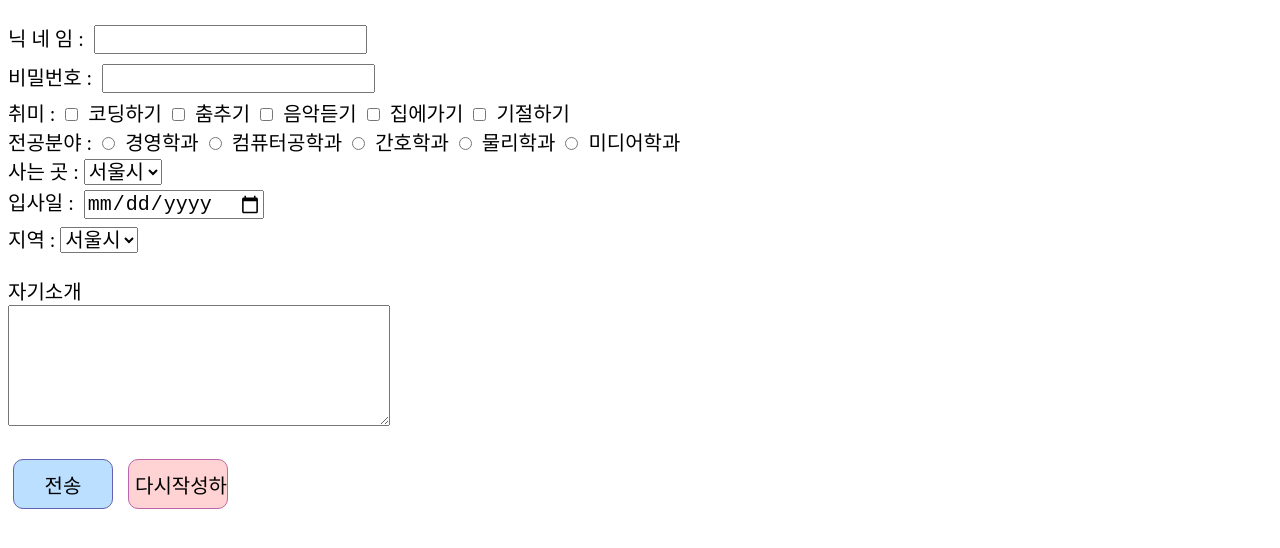
Repository: hyejux/jsp
Page: JSPBasic/src/main/webapp/html/from.html
These files come from the project's save history. The page is drawn as it stood at one moment and after the next save; the edit follows.
The browser window is 1280 px wide. The pictures show the whole page.

Above is the page before, as saved 2024-06-25 07:15:51.

### JSPBasic/src/main/webapp/html/from.html
<!DOCTYPE html>
<html>
<head>
<meta charset="UTF-8">
<title>Insert title here</title>

<style>

* {
	font-size: 20px;
}

input {
	margin: 5px;
}

#btn1 {
	height: 50px;
	width: 100px;
	font-weight: 300px;
	background-color: rgb(186, 223, 255);
	border: 1px solid rgb(97, 97, 176);
	border-radius: 10px;
}
#btn2 {
	height: 50px;
	width: 100px;
	font-weight: 300px;
	background-color: rgb(255, 211, 211);
	border: 1px solid rgb(191, 102, 170);
	border-radius: 10px;
}
span {

}


</style>



</head>



<body>

	<h3> </h3>

		<form action="ok.jsp" method="post">


		<span> 닉 네 임 : </span> <input type="text" name="id"> <br>
		<span> 비밀번호 : </span> <input type="password" name="pw"> <br>


		<span> 취미 : </span>

		<input type="checkbox" value="코딩하기" name="hobby"> 코딩하기
		<input type="checkbox" value="춤추기" name="hobby"> 춤추기
		<input type="checkbox" value="음악듣기" name="hobby"> 음악듣기
		<input type="checkbox" value="집에가기" name="hobby"> 집에가기
		<input type="checkbox" value="기절하기" name="hobby"> 기절하기

		<br>


		<span> 전공분야 : </span>

		<input type="radio" value="경영학과" name="major"> 경영학과
		<input type="radio" value="컴퓨터공학과" name="major"> 컴퓨터공학과
		<input type="radio" value="간호학과" name="major"> 간호학과
		<input type="radio" value="물리학과" name="major"> 물리학과
		<input type="radio" value="미디어학과" name="major"> 미디어학과

		<br>

		사는 곳 :
		<select name="region">

			<option value="서울시"> 서울시 </option>
			<option value="경기도"> 경기도 </option>
			<option value="인천시"> 인천시 </option>
			<option value="광양시"> 광양시 </option>

		</select>

		<br>

		입사일 :

		<input type="date" name="hire_date">

		<br>
		지역 :
		<select name="region">
			<option value="서울시"> 서울시 </option>
			<option value="경기도"> 경기도 </option>
			<option value="인천시"> 인천시 </option>
			<option value="광양시"> 광양시 </option>
		</select>



		<br><br>

		자기소개
		<br>
		<textarea cols="30" rows="5" name="intro"> </textarea>

		<br><br>
		<input id="btn1" type="submit" value="전송" name="submit">
		<input id="btn2" type="reset" value="다시작성하기" name="reset">



	</form>

</body>
</html>

After the next save:
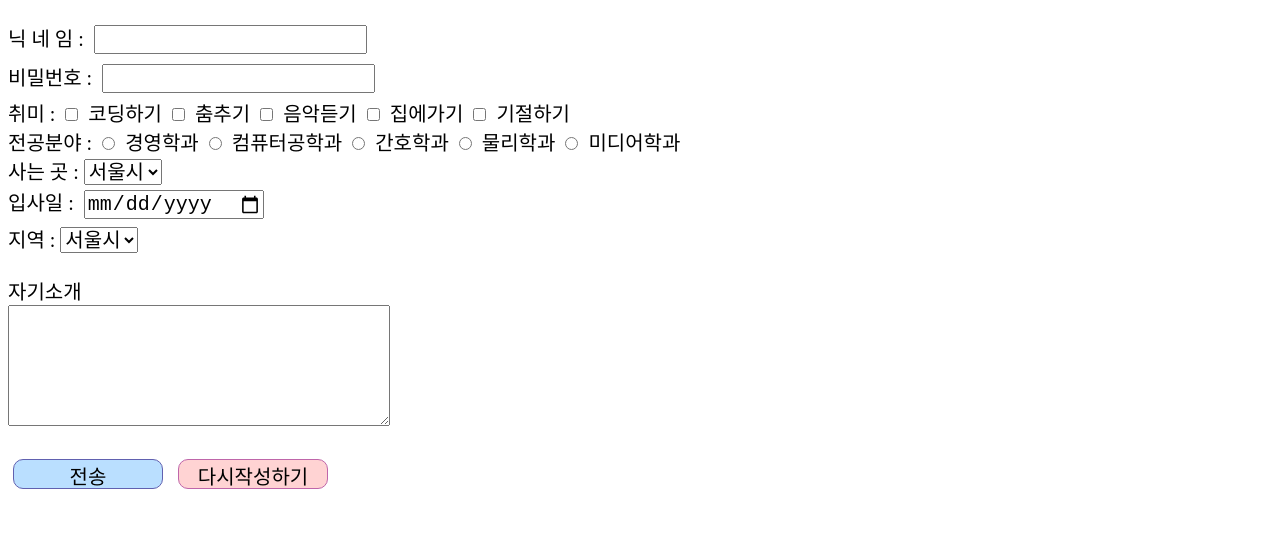
Saved 23 s later.
--- a/JSPBasic/src/main/webapp/html/from.html
+++ b/JSPBasic/src/main/webapp/html/from.html
@@ -15,16 +15,16 @@ input {
 }
 
 #btn1 {
-	height: 50px;
-	width: 100px;
+	height: 30px;
+	width: 150px;
 	font-weight: 300px;
 	background-color: rgb(186, 223, 255);
 	border: 1px solid rgb(97, 97, 176);
 	border-radius: 10px;
 }
 #btn2 {
-	height: 50px;
-	width: 100px;
+	height: 30px;
+	width: 150px;
 	font-weight: 300px;
 	background-color: rgb(255, 211, 211);
 	border: 1px solid rgb(191, 102, 170);
